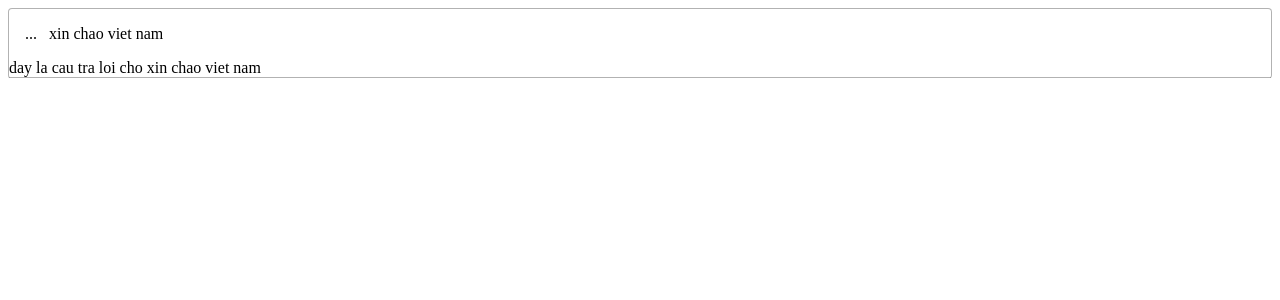
Repository: AOY311/DuckEdu
Page: test2.html
These files come from the project's save history. The page is drawn as it stood at one moment and after the next save; the edit follows.
The browser window is 1280 px wide. The pictures show the whole page.
After loading, the first visible `div.accordion__item` was clicked once.

Above is the page before, as saved 2021-10-31 14:17:46.

### test2.html
<!DOCTYPE html>
<html lang="en">

<head>
    <meta charset="UTF-8">
    <meta http-equiv="X-UA-Compatible" content="IE=edge">
    <meta name="viewport" content="width=device-width, initial-scale=1.0">
    <script src="https://ajax.googleapis.com/ajax/libs/jquery/3.5.1/jquery.min.js"></script>
    <title>Document</title>
    <style>
        .accordion {
            /* Border */
            border: 1px solid rgba(0, 0, 0, 0.3);
            border-bottom-color: transparent;
            border-radius: 4px;
        }

        .accordion__item {
            border-bottom: 1px solid rgba(0, 0, 0, 0.3);
        }

        .accordion__header {
            /* Center the content horizontally */
            align-items: center;
            display: flex;
            cursor: pointer;
            padding: 16px;
        }

        .accordion__toggle {
            margin-right: 12px;
        }

        .accordion__title {
            /* Take remaining width */
            flex: 1;
        }

        .accordion__content {
            /* For not selected item */
            display: none;
            border-top: 1px solid rgba(0, 0, 0, 0.3);
            padding: 16px;
        }

        .accordion__content--selected {
            /* For selected item */
            display: block;
        }
    </style>
</head>

<body>
    <!-- Container -->
    <div class="accordion">
        <!-- Each accordion item -->
        <div class="accordion__item" onclick="showComment(this)">
            <!-- Heading -->
            <div class="accordion__header">
                <!-- The toggle icon -->
                <div class="accordion__toggle">...</div>

                <!-- The title -->
                <div class="accordion__title">
                    xin chao viet nam
                </div>
            </div>

            <!-- The content -->
            <div class="accordion__content">
                day la cau tra loi cho xin chao viet nam
            </div>
        </div>
    </div>
</body>
<script>
    function showComment(obj) {
        $(obj).children().last().attr("class", ".accordion__content--selected");
    }
</script>

</html>

After the next save:
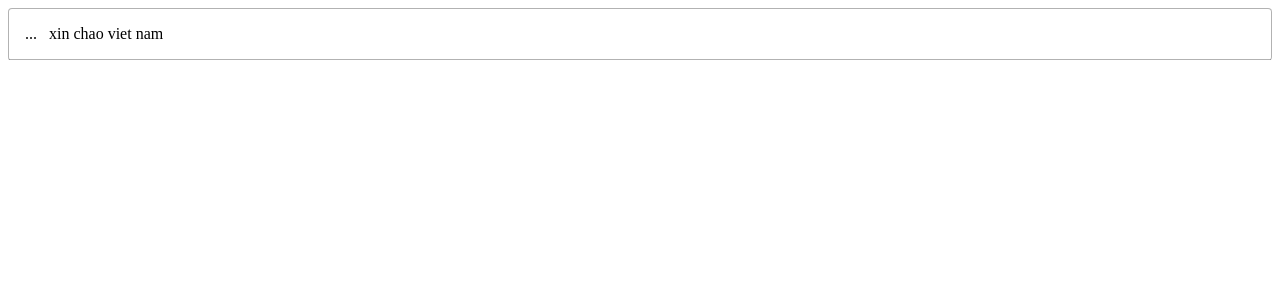
Saved 13 s later.
--- a/test2.html
+++ b/test2.html
@@ -75,7 +75,7 @@
 </body>
 <script>
     function showComment(obj) {
-        $(obj).children().last().attr("class", ".accordion__content--selected");
+        $(obj).children().last().toggleClass(".accordion__content--selected");
     }
 </script>
 

After the 3 saves that followed:
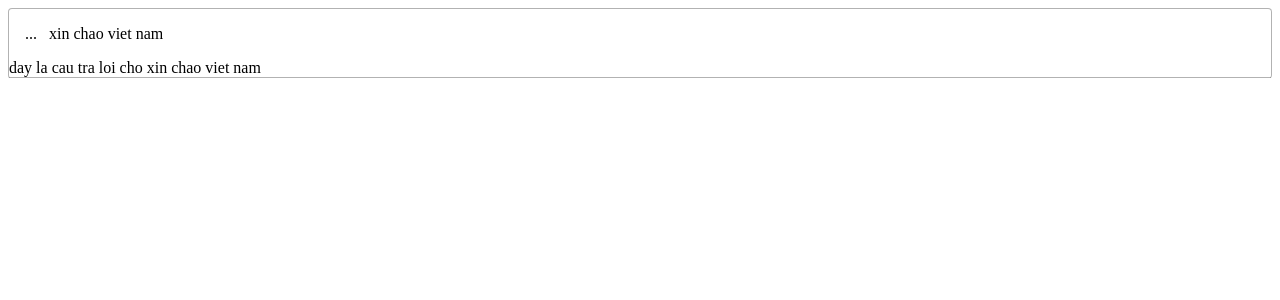
The 3 saves are shown as one change because 2 left the picture as it was.
The last was saved 107 s later.
--- a/test2.html
+++ b/test2.html
@@ -75,7 +75,7 @@
 </body>
 <script>
     function showComment(obj) {
-        $(obj).children().last().toggleClass(".accordion__content--selected");
+        $(obj).children().last().attr("class", ".accordion__content--selected")
     }
 </script>
 
